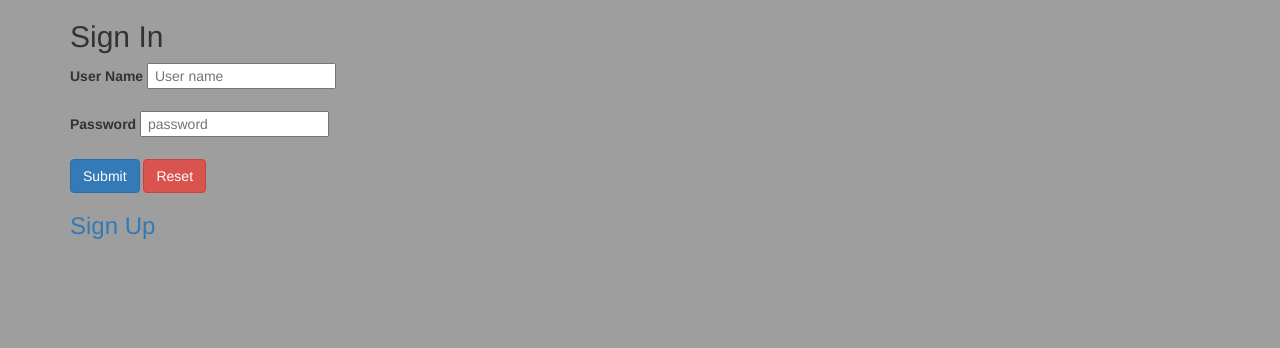
Repository: AravindMarshall/ShoppingCart
Page: http://localhost/Phineas/Login.jsp
The author's editor kept a copy of each file at every save. The page is drawn from the files as they stood at one save, then again after the next save.
The browser window is 1280 px wide. The pictures show the whole page.
The page is served by Tomcat 9.

Above is the page before, as saved 2016-06-13 11:01:35.

After the next save:
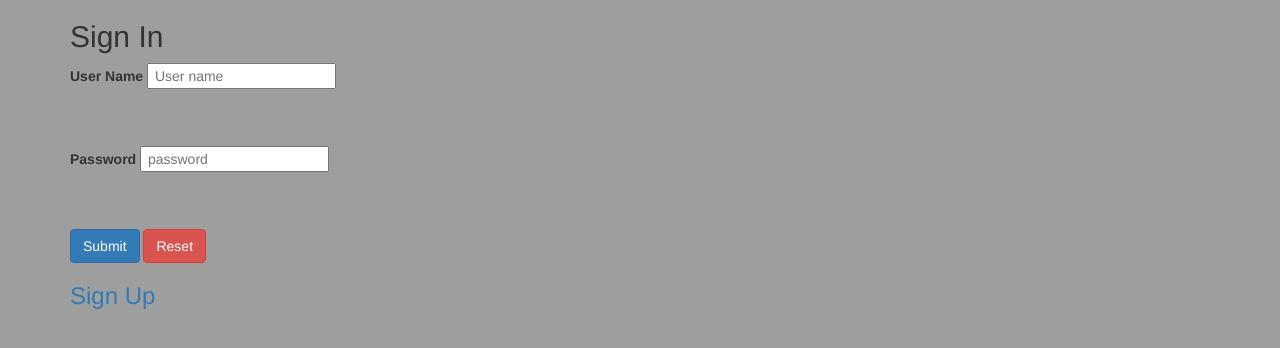
Saved 4 min 48 s later.
--- a/NIIT Shopping Cart/Phineas/WebContent/Login.jsp
+++ b/NIIT Shopping Cart/Phineas/WebContent/Login.jsp
@@ -22,10 +22,12 @@
 <div class= "Login">
 <div class="container">
   <h2>Sign In </h2>
+  <div class="form-group">
   <label for ="Name">User Name </label>
-	<input type = "text" class="userId" name = "userId" placeholder=" User name "><br><br>
+	<input type = "text" class="userId" name = "userId" placeholder=" User name "></div><br><br>
+	<div class="form-group">
 	<label for ="Pass">Password</label>
-	<input type = "password" class="password" name = "password" placeholder=" password "><br><br>
+	<input type = "password" class="password" name = "password" placeholder=" password "></div><br><br>
 <button type="submit" class="btn btn-primary">Submit</button>
 <button type="Reset" class="btn btn-danger">Reset</button><br>
 <a href = "Register.jsp"><h3>Sign Up</h3></a>
